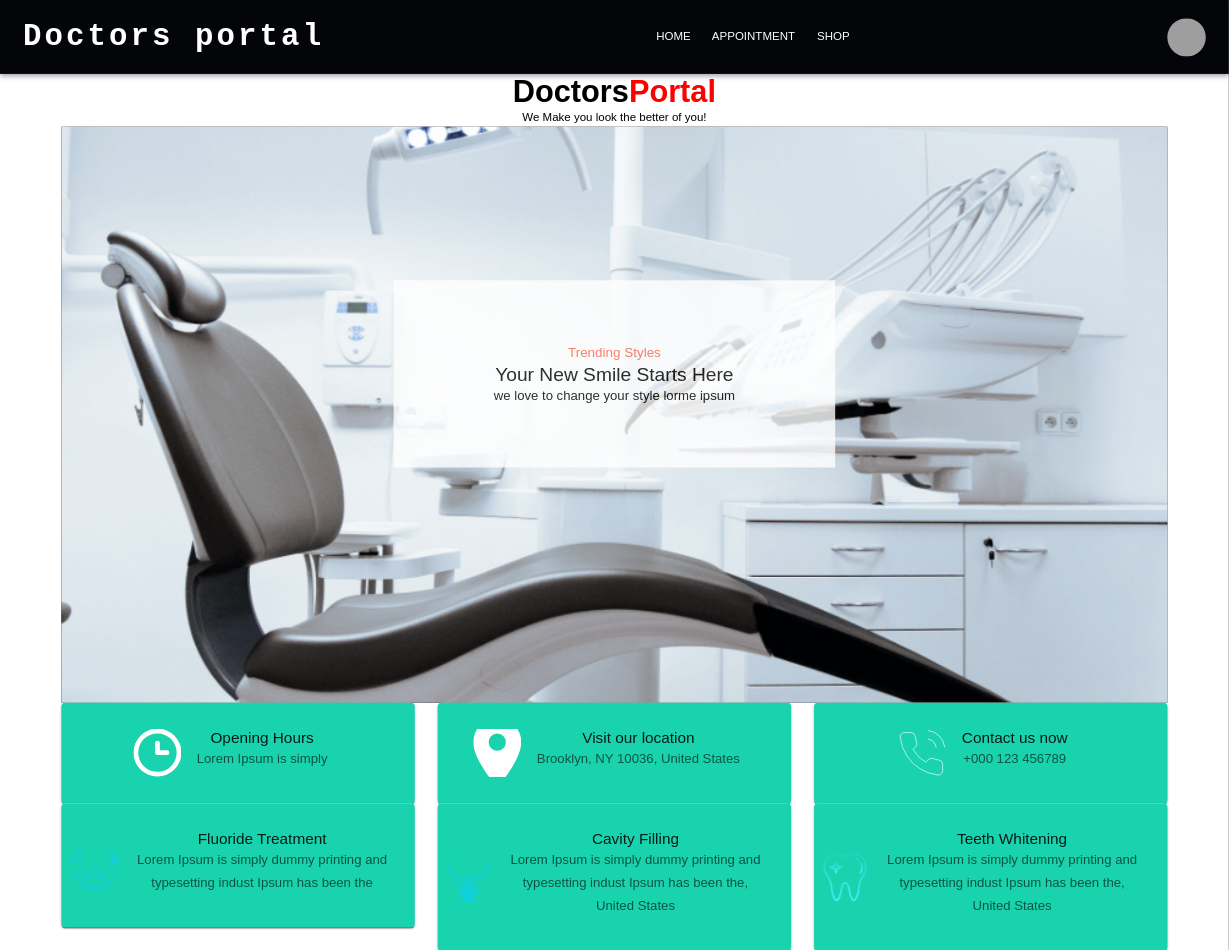
Repository: mdrubel02/health-care
Page: /
The author's editor kept a copy of each file at every save. The page is drawn from the files as they stood at one save, then again after the next save.
The browser window is 1280 px wide. The pictures show the whole page, at 96% of full size.
Pictures or frames that could not be fetched are drawn as grey boxes. The project was rebuilt for these pictures with package versions that can differ from the ones it lists, and the page was loaded fresh each time. Also part of the build but not shown: src/Pages/Appointment/Appointment.js, src/Animation/index.js, src/Styles/Product/index.js, src/Pages/Shop/ProductMeta.js, src/Pages/Shop/SingleProduct.js, src/Pages/Shop/SingleProductDesktop.js, src/Pages/Shop/Shop.js.

Above is the page before, as saved 2022-11-20 12:30:34.

### src/index.js
import React from 'react';
import ReactDOM from 'react-dom';
import './index.css';
import App from './App';
import reportWebVitals from './reportWebVitals';
import { ColorContextProvider } from './Theme/Theme';

ReactDOM.render(
  <React.StrictMode>
    <ColorContextProvider>
      <App />
    </ColorContextProvider>
  </React.StrictMode>,
  document.getElementById('root')
);

// If you want to start measuring performance in your app, pass a function
// to log results (for example: reportWebVitals(console.log))
// or send to an analytics endpoint. Learn more: https://bit.ly/CRA-vitals
reportWebVitals();

### src/App.js
import { RouterProvider } from 'react-router-dom';
import router from './Layout/router';

function App() {
  return (
    <div>
     <RouterProvider router={router}></RouterProvider>
    </div>
  );
}

export default App;

### src/Layout/router.js
import { createBrowserRouter } from "react-router-dom";
import Appointment from "../Pages/Appointment/Appointment";
import Home from "../Pages/Home/Home";
import Shop from "../Pages/Shop/Shop";
import Main from "./Main";


const router = createBrowserRouter([{
    path: '/',
    element: <Main/>,
    children: [
        {path: '/',element: <Home/>},
        {path: '/home',element: <Home/>},
        {path: '/appointment',element: <Appointment/>},
        {path: '/shop',element: <Shop/>},
    ]
}])
export default router;

### src/Pages/Home/Home.js
import { Container } from '@mui/material';
import React from 'react';
import Banner from './Banner/Banner';
import Information from './Information/Information';
import Services from './Services/Services';



const Home = () => {
    return (
        <Container>
            <Banner />
            <Information />
            <Services />
        </Container>
    );
};

export default Home;

### src/Layout/Main.js
import React from 'react';
import { Outlet } from 'react-router-dom';
import Header from '../Pages/Header/Header';

const Main = () => {
    return (
        <div>
           <Header/>
           <Outlet/>

        </div>
    );
};

export default Main;

### src/Pages/Home/Banner/Banner.js
import React from 'react';
import { Box, Button, CardContent, CardMedia, Grid, Typography } from '@mui/material';
import chair from '../../../assets/images/chair.png'

const Banner = () => {
    return (
        <Box>
            <Typography align="center" variant="h3" sx={{ fontWeight: 900 }}>
                Doctors<b style={{ color: "red" }}>Portal</b>
            </Typography>
            <Typography align="center" variant="body2" sx={{ fontWeight: 100 }}>
                We Make you look the better of you!
            </Typography>
            <Box
                sx={{
                    backgroundImage: `url(${chair})`,
                    backgroundRepeat: "no-repeat",
                    backgroundColor: "black",
                    // backgroundAttachment: "fixed",
                    backgroundPosition: "center",
                    backgroundSize: "cover",
                    height: 600,
                    width: "100%",
                    display: "flex",
                    justifyContent: "center",
                }}
            >
                <Box
                    sx={{
                        width: { xs: "100%", sm: "50%", md: "40%" },
                        padding: { xs: 3, sm: 2, md: 20 },
                    }}
                >
                    <Box sx={{ background: "white", opacity: "0.8" }}>
                        <Typography variant={"h6"} color="tomato" align="center" pt={8}>
                            Trending Styles
                        </Typography>
                        <Typography variant="h4" align="center">
                            Your New Smile Starts Here
                        </Typography>
                        <Typography variant="body1" align="center" pb={8}>
                            we love to change your style lorme ipsum
                        </Typography>
                    </Box>
                </Box>
            </Box>
        </Box>
        //old
        // <Box sx={{  marginTop: '8rem', marginBottom: '3rem' }}>
        //     <Grid sx={{ flexGrow: 2}} container spacing={4}  >
        //         <Grid xs={12} md={12} lg={6}>
        //             <Box sx={{ padding: '.5rem' }}>
        //                 <CardContent sx={{ flex: '1 0 auto' }}>
        //                     <Typography component="div" variant="h1" marginBottom='1.5rem'>
        //                         Your New Smile Starts Here
        //                     </Typography>
        //                     <Typography variant="subtitle1" color="text.secondary" component="p" sx={{marginBottom: '1rem'}}>
        //                         Lorem Ipsum is simply dummy text of the printing and typesetting industry. Lorem Ipsum has been the industry's standard dummy text ever since the
        //                     </Typography>
        //                     <Button
        //                     sx={{
        //                         background:
        //                           'linear-gradient(to bottom, #04C8A4 , ' +
        //                           '#00A187, #05806D 100%)',
        //                           color:'white',
        //                       }}

        //                     variant='content'>GET STARTED</Button>
        //                 </CardContent>

        //             </Box>
        //         </Grid>
        //         <Grid xs={6} md={12} lg={6}>
        //             <CardMedia
        //                 component="img"
        //                 sx={{ width: 500 }}
        //                 image={chair}
        //                 alt="Live from space album cover"
        //             />
        //         </Grid>
        //     </Grid>
        // </Box>
    );
};

export default Banner;

### src/Pages/Home/Information/Information.js
import { Box, Card, CardContent, CardMedia, Container, Grid, Paper, styled, Typography } from '@mui/material';
import React from 'react';
import clock from '../../../assets/icons/clock.svg';
import marker from '../../../assets/icons/marker.svg';
import phone from '../../../assets/icons/phone.svg';


const Information = () => {
    const menus = [
        { id: '01', img: clock, title: 'Opening Hours', description: 'Lorem Ipsum is simply ' },
        { id: '02', img: marker, title: 'Visit our location', description: 'Brooklyn, NY 10036, United States' },
        { id: '03', img: phone, title: 'Contact us now', description: '+000 123 456789' },
    ]
    const Item = styled(Paper)(({ theme }) => ({

        backgroundColor: theme.palette.mode === 'dark' ? '#1A2027' : '#fff',
        ...theme.typography.body2,
        padding: theme.spacing(0),
        textAlign: 'center',
        color: theme.palette.text.secondary,

    }));

    return (
            <Box sx={{ flexGrow: 1 }}>
                <Grid container spacing={{lg:3, xs: 2, md: 3 }} >
                    {menus.map((menu,index) => (
                        <Grid  item xs={12} sm={12} md={6} lg={4} key={index}>
                           <Item> <Card sx={{ display: 'flex',justifyContent: 'center',alignItems: 'center',backgroundColor: '#19D3AE' ,padding: '10px'}}>
                                <CardMedia
                                    component="img"
                                    sx={{ width: 50, height: 50, }}
                                    image={menu.img}
                                    alt="Live from space album cover"
                                />
                                <Box sx={{ display: 'flex', flexDirection: 'column' }}>
                                    <CardContent sx={{ flex: '1 0 auto' }}>
                                        <Typography component="div" variant="h5">
                                            {menu.title}
                                        </Typography>
                                        <Typography variant="subtitle1" color="text.secondary" component="div">
                                            {menu.description}
                                        </Typography>
                                    </CardContent>
                                </Box>
                            </Card>
                            </Item>
                        </Grid>
                    ))}
                </Grid>
            </Box>
    );
};

export default Information;

### src/Pages/Home/Services/Services.js
import { Box, Card, CardContent, CardMedia, Grid, Paper, styled, Typography } from '@mui/material';
import React from 'react';
import cavity from '../../../assets/images/cavity.png';
import fluoride from '../../../assets/images/fluoride.png';
import whitening from '../../../assets/images/whitening.png';
const Services = () => {
    const services = [
        { id: '01', img: fluoride, title: 'Fluoride Treatment', description: 'Lorem Ipsum is simply dummy printing and typesetting indust Ipsum has been the' },
        { id: '02', img: cavity, title: 'Cavity Filling', description: 'Lorem Ipsum is simply dummy printing and typesetting indust Ipsum has been the, United States' },
        { id: '03', img: whitening, title: 'Teeth Whitening', description: 'Lorem Ipsum is simply dummy printing and typesetting indust Ipsum has been the, United States' },
    ]
    const Item = styled(Paper)(({ theme }) => ({

        backgroundColor: theme.palette.mode === 'dark' ? '#1A2027' : '#fff',
        ...theme.typography.body2,
        padding: theme.spacing(0),
        textAlign: 'center',
        color: theme.palette.text.secondary,

    }));

    return (
        <Box sx={{ flexGrow: 1 }}>
            <Grid container spacing={{ lg: 3, xs: 2, md: 3 }} >
                {services.map((service, index) => (
                    <Grid item xs={12} sm={12} md={6} lg={4} key={index}>
                        <Item> <Card sx={{ display: 'flex', justifyContent: 'center', alignItems: 'center', backgroundColor: '#19D3AE', padding: '10px' }}>
                            <CardMedia
                                component="img"
                                sx={{ width: 50, height: 50, }}
                                image={service.img}
                                alt="Live from space album cover"
                            />
                            <Box sx={{ display: 'flex', flexDirection: 'column' }}>
                                <CardContent sx={{ flex: '1 0 auto' }}>
                                    <Typography component="div" variant="h5">
                                        {service.title}
                                    </Typography>
                                    <Typography variant="subtitle1" color="text.secondary" component="div">
                                        {service.description}
                                    </Typography>
                                </CardContent>
                            </Box>
                        </Card>
                        </Item>
                    </Grid>
                ))}
            </Grid>
        </Box>
    );
};

export default Services;

### src/Pages/Header/Header.js
import { AppBar, Avatar, Box, Button, Container, IconButton, Menu, MenuItem, Toolbar, Tooltip, Typography, useTheme } from '@mui/material';
import AdbIcon from '@mui/icons-material/Adb';
import MenuIcon from '@mui/icons-material/Menu';
import { Link as RouterLink } from 'react-router-dom';
import React, { useState } from 'react';
import { tokens } from '../../Theme/Theme';
// import { Link } from 'react-router-dom';
import './Header.css'


const settings = ['Profile', 'Account', 'Dashboard', 'Logout'];

const Header = () => {
    const theme = useTheme();
    const colors = tokens(theme.palette.mode);
    const [anchorElNav, setAnchorElNav] = useState(null);
    const [anchorElUser, setAnchorElUser] = useState(null);

    const items = <React.Fragment>
        <Button sx={{ color: 'white' }} component={RouterLink} to="/home">Home</Button>
        <Button sx={{ color: 'white' }} component={RouterLink} to="/appointment">Appointment</Button>
        <Button sx={{ color: 'white' }} component={RouterLink} to="/shop">Shop</Button>
    </React.Fragment>

    const handleOpenNavMenu = (event) => {
        setAnchorElNav(event.currentTarget);
    };
    const handleOpenUserMenu = (event) => {
        setAnchorElUser(event.currentTarget);
    };

    const handleCloseNavMenu = () => {
        setAnchorElNav(null);
    };

    const handleCloseUserMenu = () => {
        setAnchorElUser(null);
    };
    return (
        <AppBar position="static">
            <Container maxWidth="xl">
                <Toolbar disableGutters>

                    <Typography
                        variant="h3"
                        noWrap
                        component="a"
                        href="/"
                        sx={{
                            mr: 2,
                            display: { xs: 'none', md: 'flex' },
                            fontFamily: 'monospace',
                            fontWeight: 700,
                            letterSpacing: '.2rem',
                            color: 'inherit',
                            textDecoration: 'none',
                        }}
                    >
                        Doctors portal
                    </Typography>

                    <Box className='middle' sx={{ flexGrow: 1, display: { xs: 'flex' ,  md: 'none' },justifyContent: 'center' }}>
                        <IconButton
                            size="large"
                            aria-label="account of current user"
                            aria-controls="menu-appbar"
                            aria-haspopup="true"
                            onClick={handleOpenNavMenu}
                            color="inherit"
                        >
                            <MenuIcon />
                        </IconButton>
                        <Menu
                            id="menu-appbar"
                            anchorEl={anchorElNav}
                            anchorOrigin={{
                                vertical: 'bottom',
                                horizontal: 'left',
                            }}
                            keepMounted
                            transformOrigin={{
                                vertical: 'top',
                                horizontal: 'left',
                            }}
                            open={Boolean(anchorElNav)}
                            onClose={handleCloseNavMenu}
                            sx={{
                                display: { xs: 'block', md: 'none' },
                            }}
                        >

                            <MenuItem onClick={handleCloseNavMenu}>
                                <Typography variant="h5" sx={{ color: 'withe' }} textAlign="center">{items}</Typography>
                            </MenuItem>

                        </Menu>
                    </Box>

                    <Typography
                        variant="h3"
                        noWrap
                        component="a"
                        href=""
                        sx={{
                            mr: 2,
                            display: { xs: 'flex', md: 'none' },
                            flexGrow: 1,
                            fontFamily: 'monospace',
                            fontWeight: 700,
                            letterSpacing: '.3rem',
                            color: 'inherit',
                            textDecoration: 'none',
                        }}
                    >
                        Doctors portal
                    </Typography>
                    <Box sx={{ flexGrow: 1, display: { xs: 'none', md: 'flex' } }}>

                        <Button

                            onClick={handleCloseNavMenu}
                            sx={{ color: `${colors.grey[400]} !important`, my: 2, display: 'block' }}
                        >
                            {items}
                        </Button>

                    </Box>

                    <Box sx={{ flexGrow: 0 }}>
                        <Tooltip title="Open settings">
                            <IconButton onClick={handleOpenUserMenu} sx={{ p: 0 }}>
                                <Avatar alt="Remy Sharp" src="/static/images/avatar/2.jpg" />
                            </IconButton>
                        </Tooltip>
                        <Menu
                            sx={{ mt: '45px' }}
                            id="menu-appbar"
                            anchorEl={anchorElUser}
                            anchorOrigin={{
                                vertical: 'top',
                                horizontal: 'right',
                            }}
                            keepMounted
                            transformOrigin={{
                                vertical: 'top',
                                horizontal: 'right',
                            }}
                            open={Boolean(anchorElUser)}
                            onClose={handleCloseUserMenu}
                        >
                            {settings.map((setting) => (
                                <MenuItem key={setting} onClick={handleCloseUserMenu}>
                                    <Typography textAlign="center">{setting}</Typography>
                                </MenuItem>
                            ))}
                        </Menu>
                    </Box>
                </Toolbar>
            </Container>
        </AppBar>
    );
};

export default Header;

### src/Pages/Header/Header.css
.lip{
    color: white;
}
.css-1t6c9ts{
    justify-content: center;
}

Loaded but not shown: public/index.html (common file); src/index.css (common file); src/reportWebVitals.js (common file); src/Theme/Theme.js (268 lines, source omitted)

After the next save:
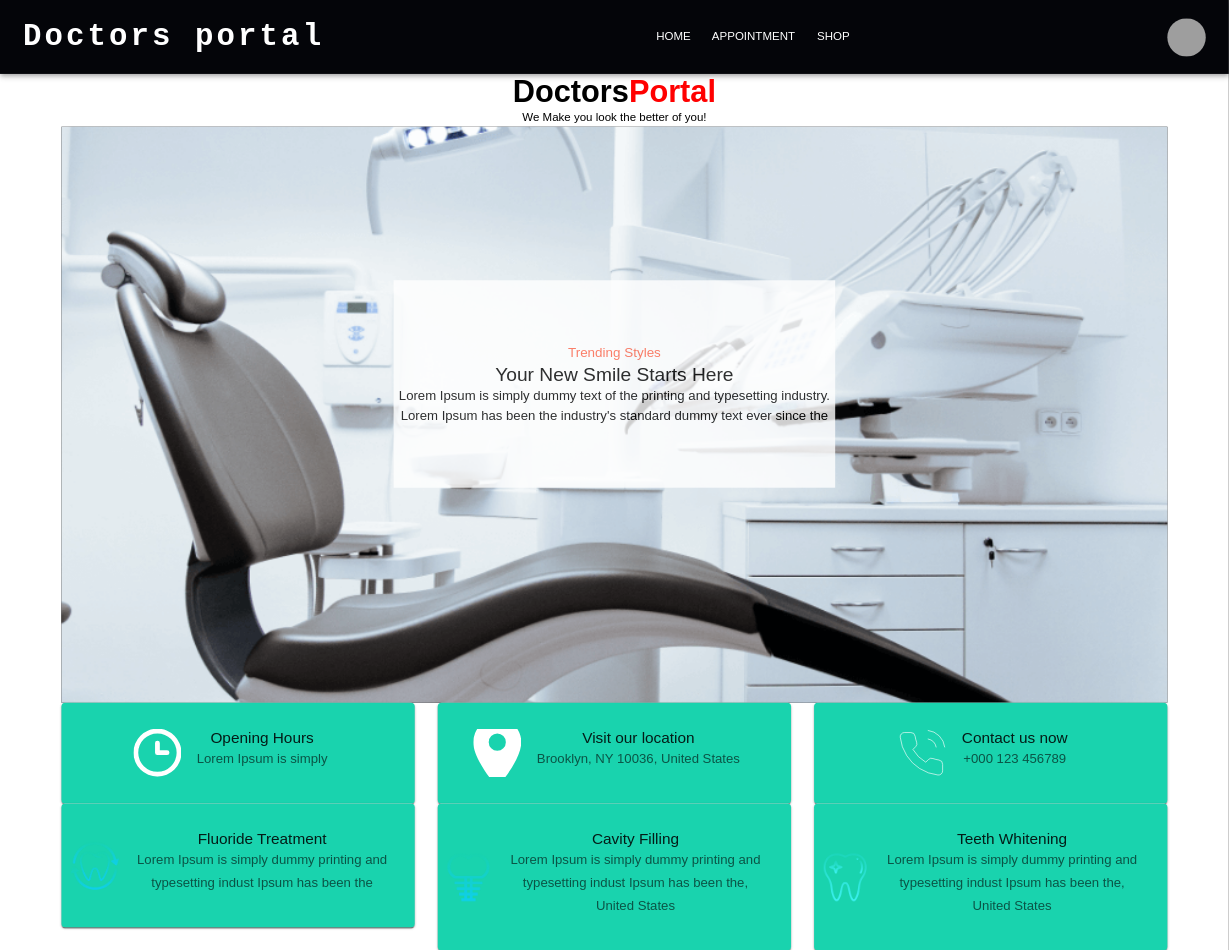
Saved 112 s later.
--- a/src/Pages/Home/Banner/Banner.js
+++ b/src/Pages/Home/Banner/Banner.js
@@ -39,7 +39,7 @@ const Banner = () => {
                             Your New Smile Starts Here
                         </Typography>
                         <Typography variant="body1" align="center" pb={8}>
-                            we love to change your style lorme ipsum
+                        Lorem Ipsum is simply dummy text of the printing and typesetting industry. Lorem Ipsum has been the industry's standard dummy text ever since the
                         </Typography>
                     </Box>
                 </Box>
